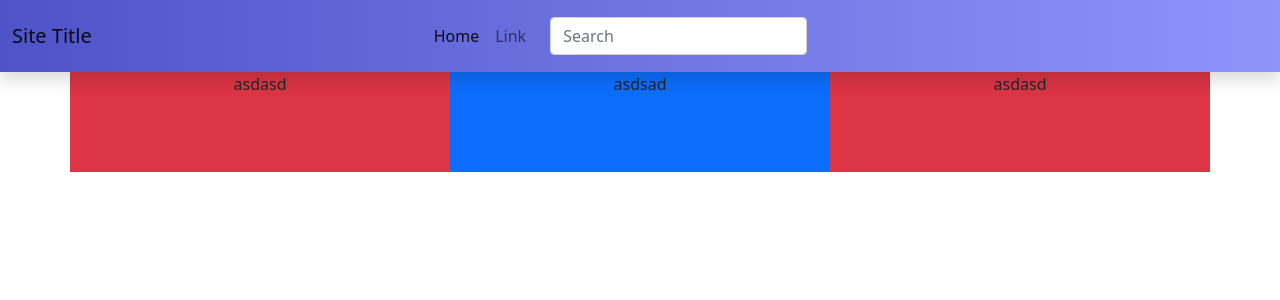
Repository: ttranhhoang/layoutBS
Page: layoutBS1/index.html
These files come from the project's save history. The page is drawn as it stood at one moment and after a run of saves; the edit follows.
The browser window is 1280 px wide. The pictures show the whole page.

Above is the page before, as saved 2022-04-24 17:46:19.

### layoutBS1/index.html
<!DOCTYPE html>
<html lang="en">
  <head>
    <meta charset="UTF-8" />
    <meta http-equiv="X-UA-Compatible" content="IE=edge" />
    <meta name="viewport" content="width=device-width, initial-scale=1.0" />
    <title>Layout BS</title>
    <link
      href="https://cdn.jsdelivr.net/npm/bootstrap@5.1.3/dist/css/bootstrap.min.css"
      rel="stylesheet"
      integrity="sha384-1BmE4kWBq78iYhFldvKuhfTAU6auU8tT94WrHftjDbrCEXSU1oBoqyl2QvZ6jIW3"
      crossorigin="anonymous"
    />
    <link rel="stylesheet" href="index.css" />
  </head>
  <body>
    <header class="header">
      <nav class="navbar navbar-expand-lg fixed-top shadow navbar-light">
        <div class="container-fluid">
          <a class="navbar-brand" href="#">Site Title</a>
          <button
            class="navbar-toggler"
            type="button"
            data-bs-toggle="offcanvas"
            data-bs-target="#navbarOffcanvasLg"
            aria-controls="navbarOffcanvasLg"
            aria-expanded="false"
            aria-label="Toggle navigation"
          >
            <span class="navbar-toggler-icon"></span>
          </button>

          <ul class="navbar-nav justify-content-end flex-grow-1 pe-3">
            <li class="nav-item">
              <a class="nav-link active" aria-current="page" href="#">Home</a>
            </li>
            <li class="nav-item">
              <a class="nav-link" href="#">Link</a>
            </li>
          </ul>


          <div
            class="offcanvas offcanvas-end"
            tabindex="-1"
            id="navbarOffcanvasLg"
            aria-labelledby="navbarOffcanvasLgLabel"
          >
            <div class="offcanvas-header">
              <h5 class="offcanvas-title" id="offcanvasNavbarLabel">
                Offcanvas
              </h5>
              <button
                type="button"
                class="btn-close text-reset"
                data-bs-dismiss="offcanvas"
                aria-label="Close"
              ></button>
            </div>
            <div class="offcanvas-body">
              <!-- <ul class="navbar-nav justify-content-end flex-grow-1 pe-3">
                <li class="nav-item">
                  <a class="nav-link active" aria-current="page" href="#"
                    >Home</a
                  >
                </li>
                <li class="nav-item">
                  <a class="nav-link" href="#">Link</a>
                </li>
              </ul> -->
              <form class="d-flex">
                <input
                  class="form-control me-2"
                  type="search"
                  placeholder="Search"
                  aria-label="Search"
                />
              </form>
            </div>
          </div>
        </div>
      </nav>
    </header>

    <section>
      <div class="container">
        <div class="row">
          <div class="col-md-4 text-center bg-danger">asdasd</div>
          <div class="col-md-4 text-center bg-primary">asdsad</div>
          <div class="col-md-4 text-center bg-danger">asdasd</div>
        </div>
      </div>
    </section>

    <script
      src="https://cdn.jsdelivr.net/npm/bootstrap@5.1.3/dist/js/bootstrap.bundle.min.js"
      integrity="sha384-ka7Sk0Gln4gmtz2MlQnikT1wXgYsOg+OMhuP+IlRH9sENBO0LRn5q+8nbTov4+1p"
      crossorigin="anonymous"
    ></script>
  </body>
</html>

### layoutBS1/index.css
*,
*::after,
*::before {
  box-sizing: border-box;
}
/* custom */
button.navbar-toggler:focus {
  box-shadow: none;
}
button[type="button"],
button[type="submit"],
button[class^="btn"]:focus {
  box-shadow: none;
}
button[class*="btn-outline"]:active:focus {
  box-shadow: none;
}

/* styles ui */
body {
  padding-top: 72px;
}
.main {
  height: 100vh;
}
nav.navbar {
  background: #4e54c8; /* fallback for old browsers */
  background: -webkit-linear-gradient(
    to left,
    #8f94fb,
    #4e54c8
  ); /* Chrome 10-25, Safari 5.1-6 */
  background: linear-gradient(
    to left,
    #8f94fb,
    #4e54c8
  ); /* W3C, IE 10+/ Edge, Firefox 16+, Chrome 26+, Opera 12+, Safari 7+ */
}
.navbar {
  padding-top: 1rem;
  padding-bottom: 1rem;
}
.navbar-light .navbar-toggler {
  border: none;
}
div.row {
  height: 100px;
}

After the next 3 saves:
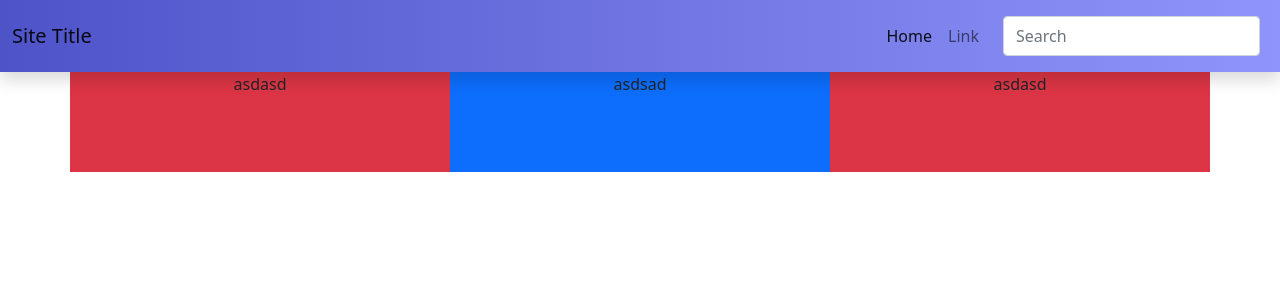
The 3 saves are shown as one change because they came seconds apart.
The last was saved 47 s later.
--- a/layoutBS1/index.html
+++ b/layoutBS1/index.html
@@ -30,16 +30,6 @@
             <span class="navbar-toggler-icon"></span>
           </button>
 
-          <ul class="navbar-nav justify-content-end flex-grow-1 pe-3">
-            <li class="nav-item">
-              <a class="nav-link active" aria-current="page" href="#">Home</a>
-            </li>
-            <li class="nav-item">
-              <a class="nav-link" href="#">Link</a>
-            </li>
-          </ul>
-
-
           <div
             class="offcanvas offcanvas-end"
             tabindex="-1"
@@ -58,7 +48,7 @@
               ></button>
             </div>
             <div class="offcanvas-body">
-              <!-- <ul class="navbar-nav justify-content-end flex-grow-1 pe-3">
+              <ul class="navbar-nav justify-content-end flex-grow-1 pe-3">
                 <li class="nav-item">
                   <a class="nav-link active" aria-current="page" href="#"
                     >Home</a
@@ -67,7 +57,7 @@
                 <li class="nav-item">
                   <a class="nav-link" href="#">Link</a>
                 </li>
-              </ul> -->
+              </ul>
               <form class="d-flex">
                 <input
                   class="form-control me-2"
@@ -87,7 +77,8 @@
         <div class="row">
           <div class="col-md-4 text-center bg-danger">asdasd</div>
           <div class="col-md-4 text-center bg-primary">asdsad</div>
-          <div class="col-md-4 text-center bg-danger">asdasd</div>
+           <div class="col-md-4 text-center bg-danger">asdasd</div>
+
         </div>
       </div>
     </section>
